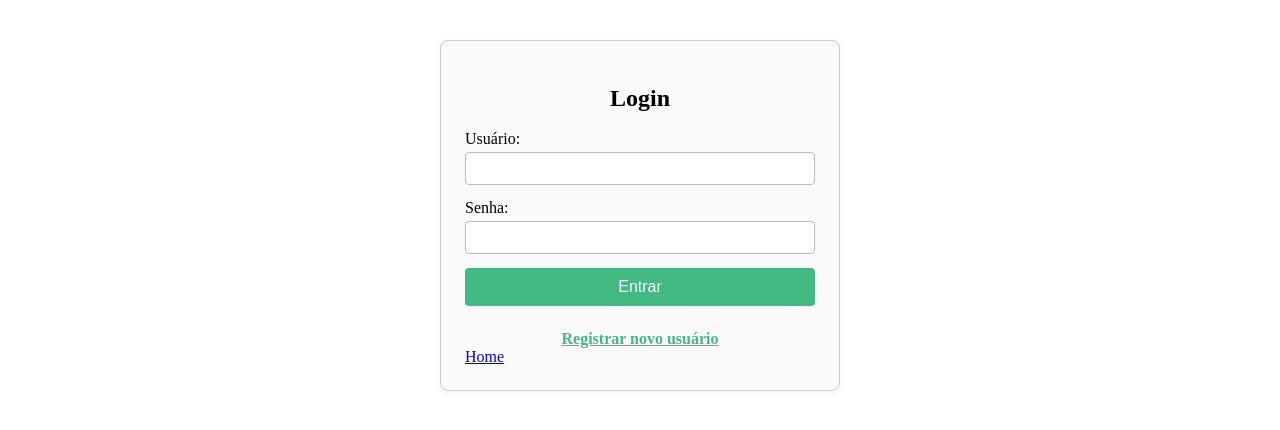
Repository: MuriloColleti/Project-vue
Page: /login
These files come from the project's save history. The page is drawn as it stood at one moment and after the next save; the edit follows.
The browser window is 1280 px wide. The pictures show the whole page.
The project was rebuilt for these pictures with package versions that can differ from the ones it lists, and the page was loaded fresh each time. Also part of the build but not shown: vite.config.js, src/pages/Home.vue, src/pages/Register.vue.

Above is the page before, as saved 2025-09-20 17:17:51.

After the next save:
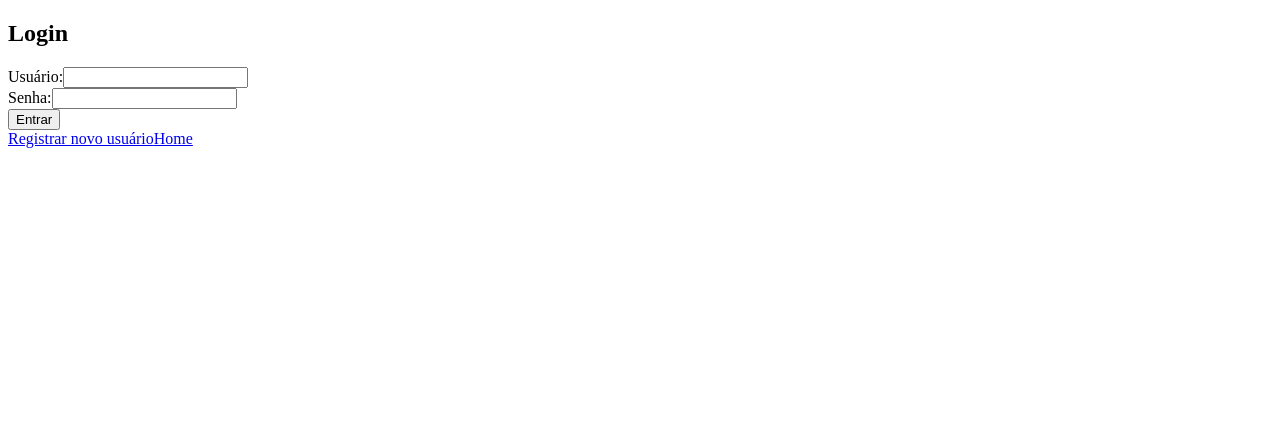
Saved 30 s later.
--- a/src/pages/Login.vue
+++ b/src/pages/Login.vue
@@ -1,20 +1,28 @@
 <template>
-  <div class="login-container">
-    <h2>Login</h2>
-    <form @submit.prevent="handleLogin">
-      <div>
-        <label for="username">Usuário:</label>
-        <input type="text" id="username" v-model="username" required />
+  <div class="container mt-5">
+    <div class="row justify-content-center">
+      <div class="col-md-6">
+        <div class="card shadow">
+          <div class="card-body">
+            <h2 class="card-title text-center mb-4">Login</h2>
+            <form @submit.prevent="handleLogin">
+              <div class="mb-3">
+                <label for="username" class="form-label">Usuário:</label>
+                <input type="text" id="username" v-model="username" required class="form-control" />
+              </div>
+              <div class="mb-3">
+                <label for="password" class="form-label">Senha:</label>
+                <input type="password" id="password" v-model="password" required class="form-control" />
+              </div>
+              <button type="submit" class="btn btn-primary w-100">Entrar</button>
+            </form>
+            <div v-if="error" class="alert alert-danger mt-3">{{ error }}</div>
+            <router-link to="/register" class="btn btn-link w-100 mt-3">Registrar novo usuário</router-link>
+            <router-link to="/" class="btn btn-link w-100">Home</router-link>
+          </div>
+        </div>
       </div>
-      <div>
-        <label for="password">Senha:</label>
-        <input type="password" id="password" v-model="password" required />
-      </div>
-      <button type="submit">Entrar</button>
-    </form>
-    <p v-if="error" class="error">{{ error }}</p>
-    <router-link to="/register" class="register-link">Registrar novo usuário</router-link>
-    <router-link to="/" class="home-link">Home</router-link>
+    </div>
   </div>
 </template>
 
@@ -47,60 +55,5 @@ function handleLogin() {
 </script>
 
 <style scoped>
-.login-container {
-  max-width: 350px;
-  margin: 40px auto;
-  padding: 24px;
-  border: 1px solid #ccc;
-  border-radius: 8px;
-  background: #fafafa;
-  box-shadow: 0 2px 8px rgba(0, 0, 0, 0.05);
-}
-.login-container h2 {
-  text-align: center;
-  margin-bottom: 18px;
-}
-.login-container form > div {
-  margin-bottom: 14px;
-}
-.login-container label {
-  display: block;
-  margin-bottom: 4px;
-  font-weight: 500;
-}
-.login-container input {
-  width: 100%;
-  padding: 8px;
-  border: 1px solid #bbb;
-  border-radius: 4px;
-  box-sizing: border-box;
-}
-.login-container button {
-  width: 100%;
-  padding: 10px;
-  background: #42b983;
-  color: #fff;
-  border: none;
-  border-radius: 4px;
-  font-size: 16px;
-  cursor: pointer;
-  transition: background 0.2s;
-}
-.login-container button:hover {
-  background: #369870;
-}
-.error {
-  color: red;
-  margin-top: 10px;
-  text-align: center;
-}
-.register-link {
-  display: block;
-  margin: 24px auto 0 auto;
-  text-align: center;
-  color: #42b983;
-  font-weight: bold;
-  text-decoration: underline;
-  cursor: pointer;
-}
+
 </style>
